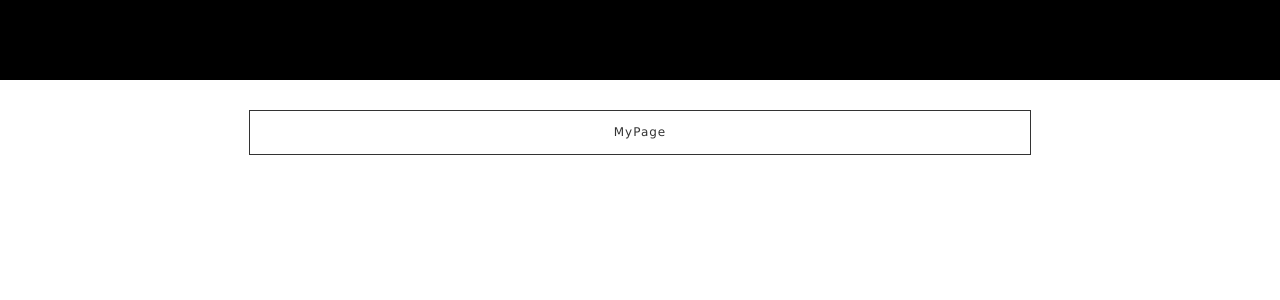
Repository: cha-git/ecsite
Page: http://localhost/template/myPage.jsp
These files come from the project's save history. The page is drawn as it stood at one moment and after the next save; the edit follows.
The browser window is 1280 px wide. The pictures show the whole page.
The page is served by Tomcat 9. Other server files are loaded and not shown.

Above is the page before, as saved 2019-01-09 10:35:52.

### template/WebContent/myPage.jsp
<%@ page language="java" contentType="text/html; charset=UTF-8"
    pageEncoding="UTF-8"%>
<%@ taglib prefix="s" uri="/struts-tags" %>
<!DOCTYPE html>
<html>
<head>
	<meta http-equiv="Content-Type" content="text/html; charset=UTF-8" />
	<meta http-equiv="Content-Style-Type" content="text/css" />
	<meta http-equiv="Content-Script-Type" content="text/javascript" />
	<meta http^equiv="imagetoolbar" content="no" />
	<meta name="description" content="" />
	<meta name="keywords" content="" />
	<title>MyPage画面</title>

	<style type="text/css">
	/* ========TAG LAYOUT======== */
	body {
		margin:0;
		padding:0;
		line-height:1.6;
		letter-spacing:1px;
		font-family:Verdana, Helvetica, sans-serif;
		font-size:12px;
		color:#333;
		background:#fff;
	}

	table {
		text-align:center;
		margin:0 auto;
	}
	/* ========ID LAYOUT======== */
	#top {
		width:780px;
		margin:30px auto;
		border:1px solid #333;
	}

	#header {
		with:100%;
		height:80px;
		background-color: black;
	}

	#main {
		width:100%;
		height:500px;
		text-align:center;
	}

	#footer {
		width:100%;
		height:80px;
		background-color:black;
		clear:both;
	}
	</style>
</head>
<body>
	<div id="header">
		<div id="pr">
		</div>
	</div>
	<div id="main">
		<div id="top">
			<p>MyPage</p>
		</div>
		<div>
		<s:if test="session.message == ''">
			<h3>ご購入情報は以下になります。</h3>
			<table>
				<tr>
					<td>商品名</td>
					<td><s:property value="session.buyItem_name" /></td>
				</tr>
				<tr>
					<td>値段</td>
					<td>
						<s:property value="session.total_price" />
						<span>円</span>
					</td>
				</tr>
				<tr>
					<td>購入個数</td>
					<td>
						<s:property value="session.total_count" />
						<span>個</span>
					</td>
				</tr>
				<tr>
					<td>支払い方法</td>
					<td><s:property value="session.total_payment" /></td>
				</tr>
			</table>
			<s:form action="MyPageAction">
				<input type="hidden" name="deleteFlg" value="1">
				<s:submit value="削除" method="delete" />
			</s:form>
		</s:if>
		<s:if test="session.message != null">
			<h3><s:property value="session.message" /></h3>
		</s:if>
		</div>
	</div>
</body>
</html>

After the next save:
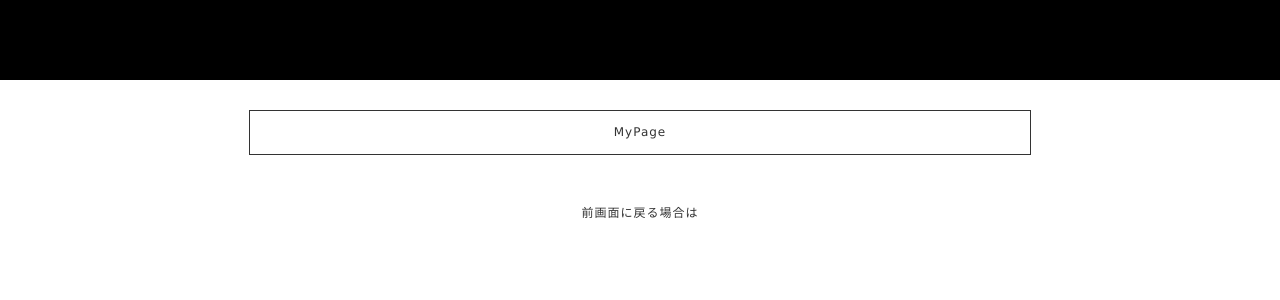
Saved 71 s later.
--- a/template/WebContent/myPage.jsp
+++ b/template/WebContent/myPage.jsp
@@ -100,6 +100,10 @@
 		<s:if test="session.message != null">
 			<h3><s:property value="session.message" /></h3>
 		</s:if>
+			<div>
+				<br>
+				<span>前画面に戻る場合は</span>
+			</div>
 		</div>
 	</div>
 </body>
